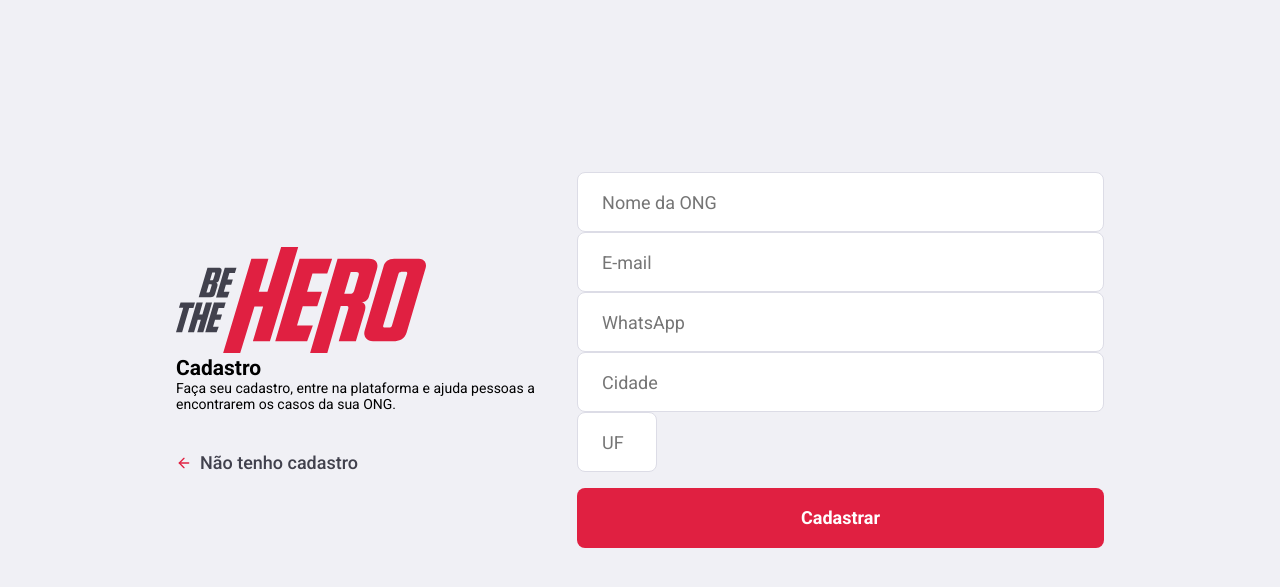
Repository: pedroevangelista/be-the-hero
Page: /register (app in frontend/)
These files come from the project's save history. The page is drawn as it stood at one moment and after the next save; the edit follows.
The browser window is 1280 px wide. The pictures show the whole page.
The project was rebuilt for these pictures with package versions that can differ from the ones it lists, and the page was loaded fresh each time. Also part of the build but not shown: frontend/src/pages/Logon/styles.css, frontend/src/pages/Logon/index.js.

Above is the page before, as saved 2020-03-25 14:16:07.

### frontend/src/App.js
import React from 'react';
import './global.css'
import Routes from './routes';

function App() {

  return (
    <Routes />
  );
}

export default App;

### frontend/src/global.css
@import url('https://fonts.googleapis.com/css?family=Roboto:400,500,700&display=swap');

* {
    margin: 0;
    padding: 0;
    outline: 0;
    box-sizing: border-box;
}

body {
    font: 400 14px Roboto, sans-serif;
    background: #f0f0f5;
    -webkit-font-smoothing: antialiased;
}

input, button, textarea {
    font: 400 18px Roboto, sans-serif;
}

button {
    cursor: pointer
}

form input {
    width: 100%;
    height: 60px;
    color: #333;
    border: 1px solid #dcdce6;
    border-radius: 8px;
    padding: 0 24px;
}

.button {
    width: 100%;
    height: 60px;
    background: #e02041;
    border: 0;
    border-radius: 8px;
    color: #FFF;
    font-weight: 700;
    margin-top: 16px;
    display: inline-block;
    text-align: center;
    text-decoration: none;
    font-size: 18px;
    line-height: 60px;
    transition: filter 0.2s;
}

.button:hover {
    filter: brightness(90%);
}

.back-link {
    display: flex;
    align-items: center;
    margin-top: 40px;
    color: #41414d;
    font-size: 18px;
    text-decoration: none;
    font-weight: 500;
    transition: opacity 0.2s;
}

.back-link svg {
    margin-right: 8px;
}

.back-link:hover {
    opacity: 0.8;
}

### frontend/src/routes.js
import React from 'react';
import { BrowserRouter, Route, Switch } from 'react-router-dom';

import Logon from './pages/Logon';
import Register from './pages/Register';

export default function Routes() {
    return (
        <BrowserRouter>
            <Switch>
                <Route path="/" exact component={Logon}></Route>
                <Route path="/register" component={Register}></Route>
            </Switch>
        </BrowserRouter>
    );
}

### frontend/src/pages/Register/index.js
import React from 'react';
import { Link } from 'react-router-dom';
import { FiArrowLeft } from 'react-icons/fi';
import './styles.css'
import logoImg from '../../assets/logo.svg';

export default function Register() {
    return (
        <div className="register-container">
            <div className="content">
                <section>
                    <img src={logoImg} alt="Be The Hero" />

                    <h1>Cadastro</h1>
                    <p>Faça seu cadastro, entre na plataforma e ajuda pessoas a encontrarem os casos da sua ONG.</p>

                    <Link className="back-link" to="/register">
                        <FiArrowLeft size="16" color="#e02041" />
                        Não tenho cadastro
                    </Link>
                </section>

                <form action="">
                    <input placeholder="Nome da ONG" />
                    <input type="email" placeholder="E-mail" />
                    <input placeholder="WhatsApp" />

                    <div className="input-group">
                        <input placeholder="Cidade" />
                        <input placeholder="UF" style={ { width: 80 } } />
                    </div>

                    <button className="button" type="submit">Cadastrar</button>
                </form>
            </div>
        </div>
    );

}

### frontend/src/pages/Register/styles.css
.register-container {
    width: 100%;
    max-width: 1120px;
    height: 100vh;
    margin: 0 auto;
    display: flex;
    align-items: center;
    justify-content: center;
}

.register-container .content {
    width: 100%;
    padding: 96px;
    background: 0 0 100px rgba(0, 0, 0, 0.1);
    border-radius: 8px;
    display: flex;
    justify-content: space-between;
    align-items: center;
}

Loaded but not shown: frontend/public/index.html (common file); frontend/src/index.js (common file)

After the next save:
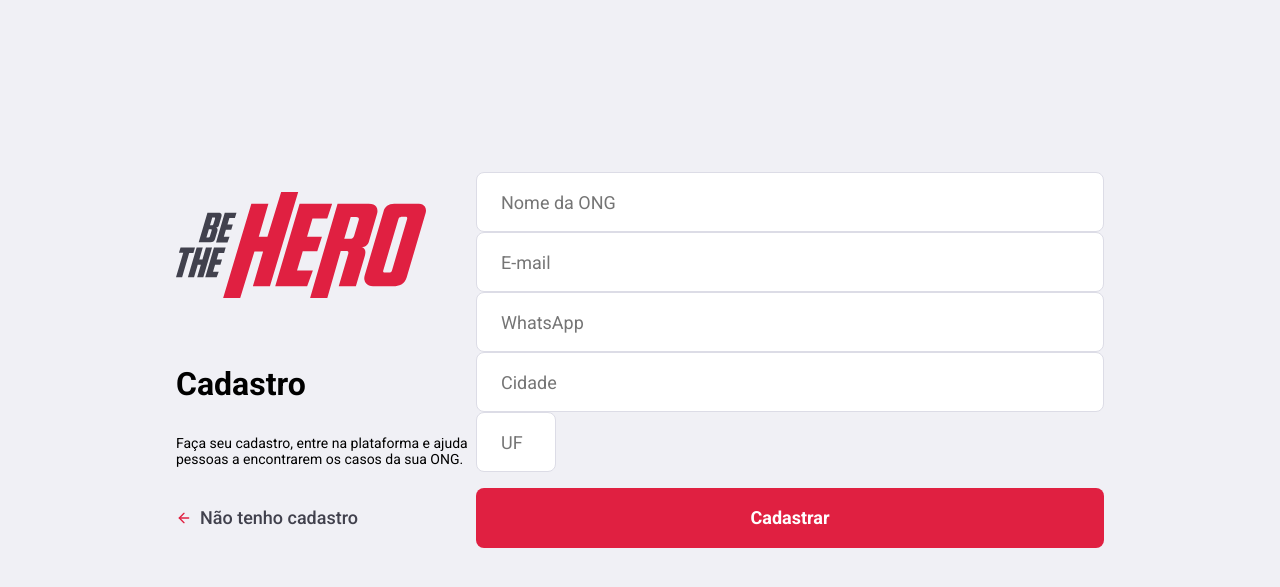
Saved 106 s later.
--- a/frontend/src/pages/Register/styles.css
+++ b/frontend/src/pages/Register/styles.css
@@ -17,3 +17,13 @@
     justify-content: space-between;
     align-items: center;
 }
+
+.register-container .content section {
+    width: 100%;
+    max-width: 300px;
+}
+
+.register-container .content section h1 {
+    margin: 64px 0 32px;
+    font-size: 32px;
+}
